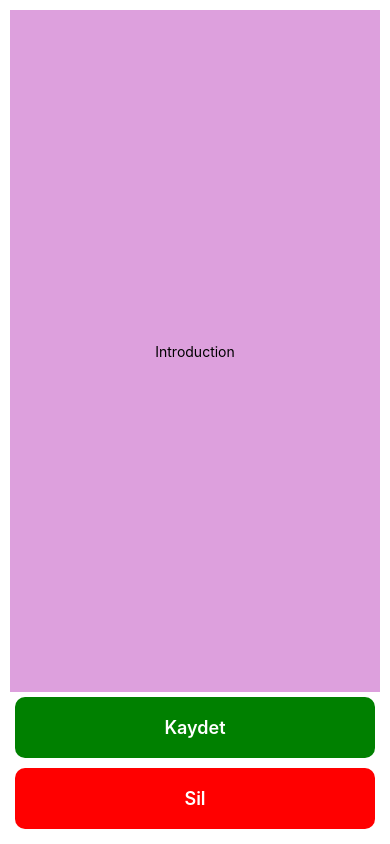
Repository: Kubraaygun/ReactNativeMVVM
Screen: /
The author's editor kept a copy of each file at every save. The screen is drawn from the files as they stood at one save, then again after the next save.
The app was drawn by React Native's web renderer in a window 390 px wide. The project was rebuilt for these pictures with package versions that can differ from the ones it lists, and the page was loaded fresh each time.

Above is the screen before, as saved 2024-12-12 01:22:32.

### App.jsx
//import liraries
import React, {Component} from 'react';
import {View, Text, StyleSheet} from 'react-native';
import Home from './src/screens/home';

// create a component
const App = () => {
  return <Home />;
};

export default App;

### src/screens/home/index.jsx
//import liraries
import React, {Component} from 'react';
import {View, Text, StyleSheet, SafeAreaView, Alert} from 'react-native';
import Button from '../../components/ui/button';
import Introduction from '../../components/home/introduction';

// create a component
const Home = () => {
  return (
    <SafeAreaView style={styles.container}>
      <View style={styles.screen}>
        <Introduction />
        <Button
          status="success"
          onPress={() => Alert.alert('merhaba')}
          title="Kaydet"
        />
        <Button onPress={() => Alert.alert('merhaba')} title="Sil" />
      </View>
    </SafeAreaView>
  );
};

// define your styles
const styles = StyleSheet.create({
  container: {
    flex: 1,
    backgroundColor: '#fff',
    padding: 10,
  },
  screen: {
    padding: 10,
    flex: 1,
  },
});

//make this component available to the app
export default Home;

### src/components/ui/button.jsx
//import liraries
import React, {Component} from 'react';
import {View, Text, StyleSheet, TouchableOpacity, Alert} from 'react-native';

// create a component
const Button = props => {
  const {title, status} = props;
  return (
    <TouchableOpacity
      {...props}
      style={[
        styles.container,
        status == 'success' ? styles.success : styles.error,
      ]}>
      <Text style={styles.title}>{title}</Text>
    </TouchableOpacity>
  );
};

// define your styles
const styles = StyleSheet.create({
  container: {
    justifyContent: 'center',
    alignItems: 'center',
    backgroundColor: 'purple',
    padding: 20,
    borderRadius: 10,
    margin: 5,
  },

  success: {
    backgroundColor: 'green',
  },
  error: {
    backgroundColor: 'red',
  },

  title: {
    color: 'white',
    fontWeight: '600',
    fontSize: 18,
  },
});

//make this component available to the app
export default Button;

### src/components/home/introduction.jsx
//import liraries
import React, {Component} from 'react';
import {View, Text, StyleSheet} from 'react-native';

// create a component
const Introduction = () => {
  return (
    <View style={styles.container}>
      <Text>Introduction</Text>
    </View>
  );
};

// define your styles
const styles = StyleSheet.create({
  container: {
    flex: 1,
    justifyContent: 'center',
    alignItems: 'center',
    backgroundColor: 'plum',
  },
});

//make this component available to the app
export default Introduction;

After the next save:
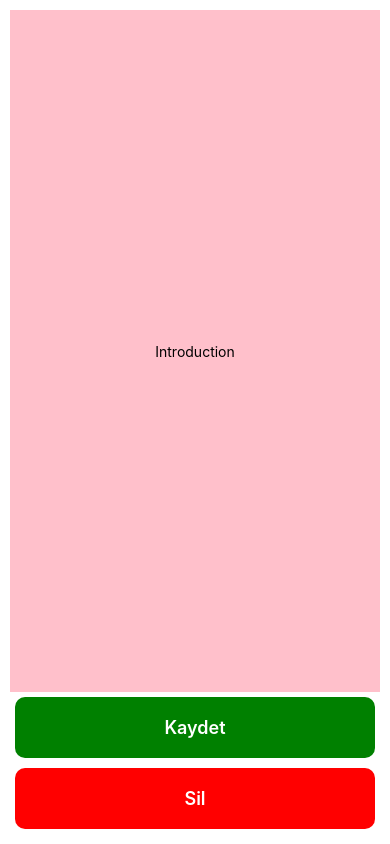
Saved 4 s later.
--- a/src/components/home/introduction.jsx
+++ b/src/components/home/introduction.jsx
@@ -17,7 +17,7 @@ const styles = StyleSheet.create({
     flex: 1,
     justifyContent: 'center',
     alignItems: 'center',
-    backgroundColor: 'plum',
+    backgroundColor: 'pink',
   },
 });
 
